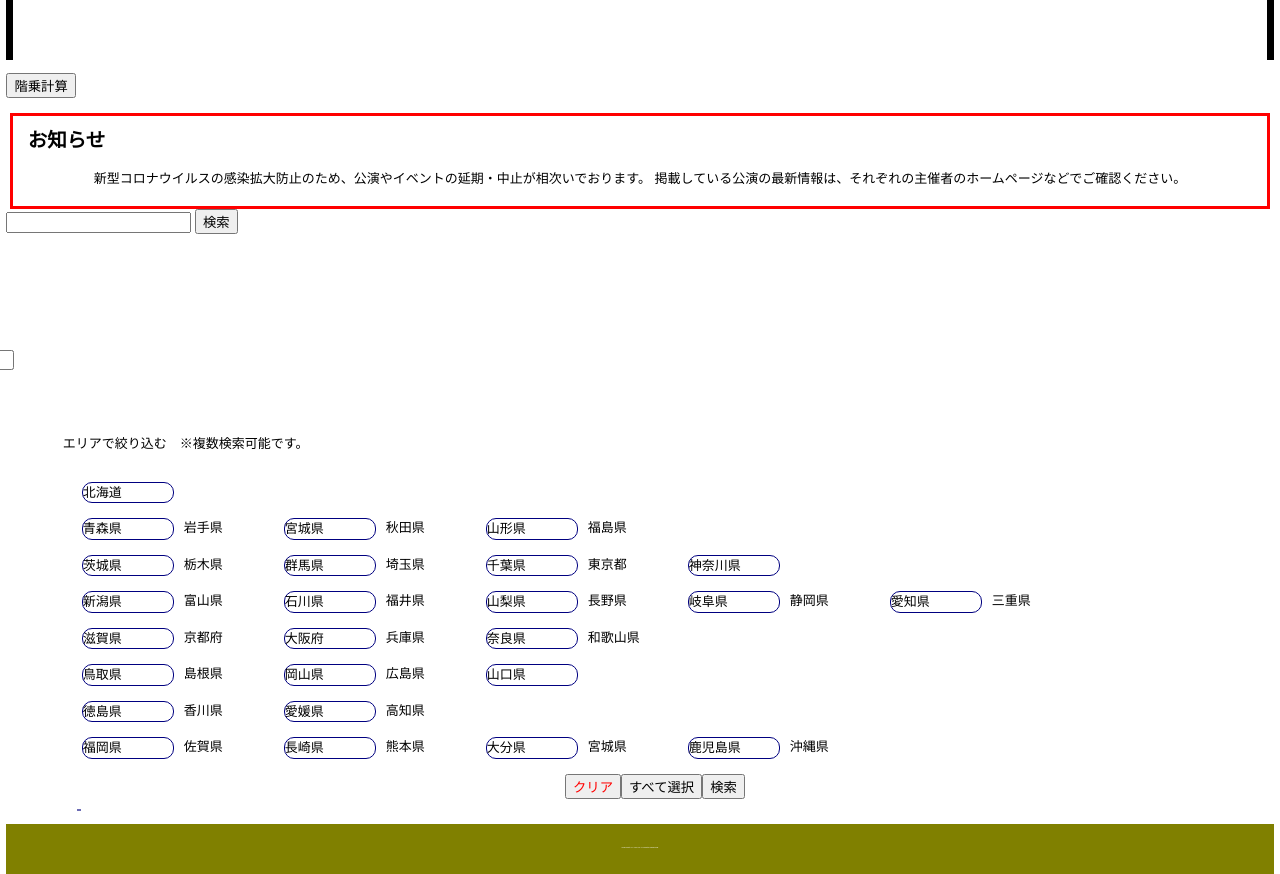
Repository: onomasaki-sapporo/masa-walker
Page: http://localhost/
The author's editor kept a record of every edit. The page is drawn from the files as they stood at one moment, then again after the next edit.
The browser window is 1280 px wide. The pictures show the whole page.
The page is run by PHP 8.4 with error messages shown; the project is at /var/www/html/. Queries for data that is not in the repository find no rows.

Above is the page before.

After the next edit:
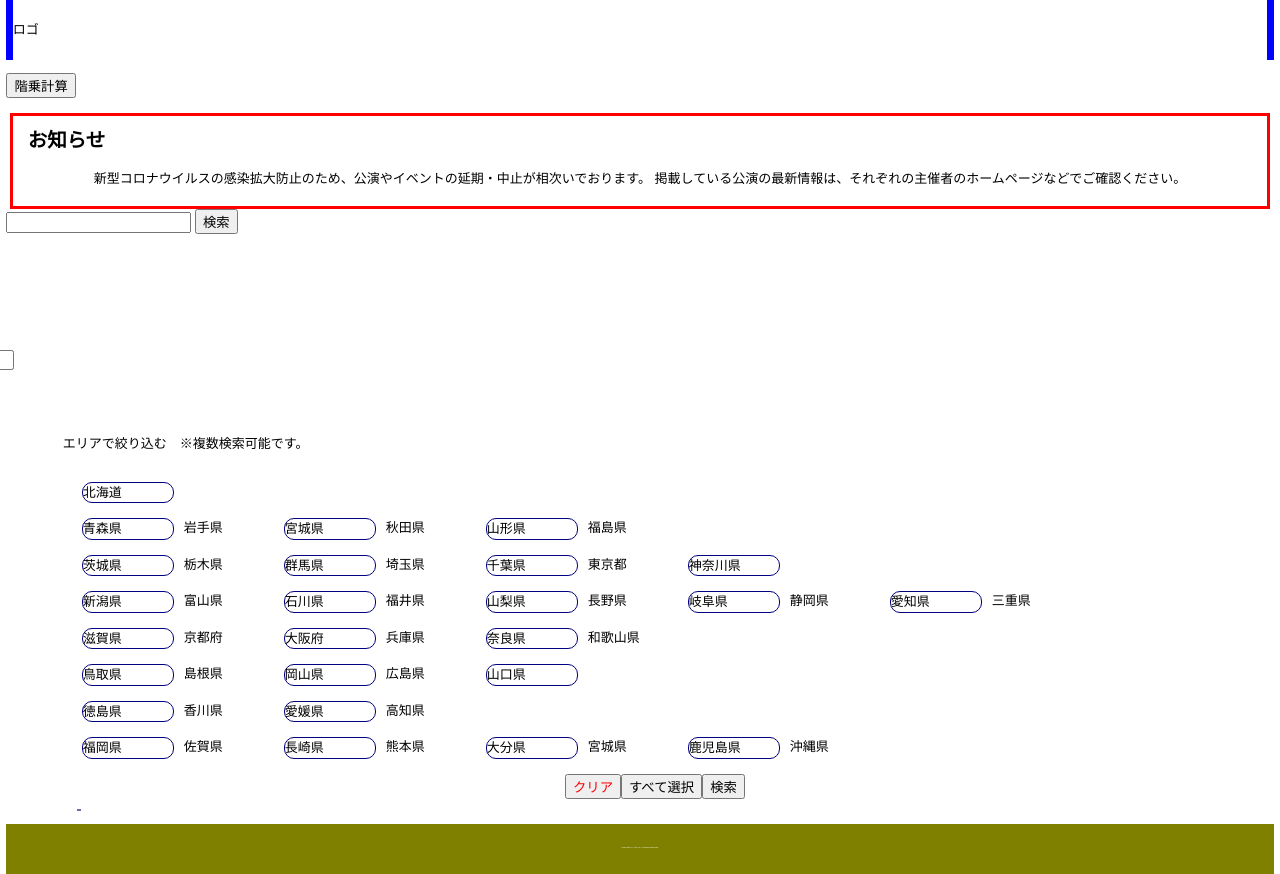
The edit:
--- a/htdocs/css/stylesheet.1.css
+++ b/htdocs/css/stylesheet.1.css
@@ -19,8 +19,8 @@
 
 /*----- ヘッダー -----*/
 .header {
-	color: #fff;
-	background-color: #000;
+	/*color: #fff;*/
+	background-color: #00f;
 }
 
 .header .container {
